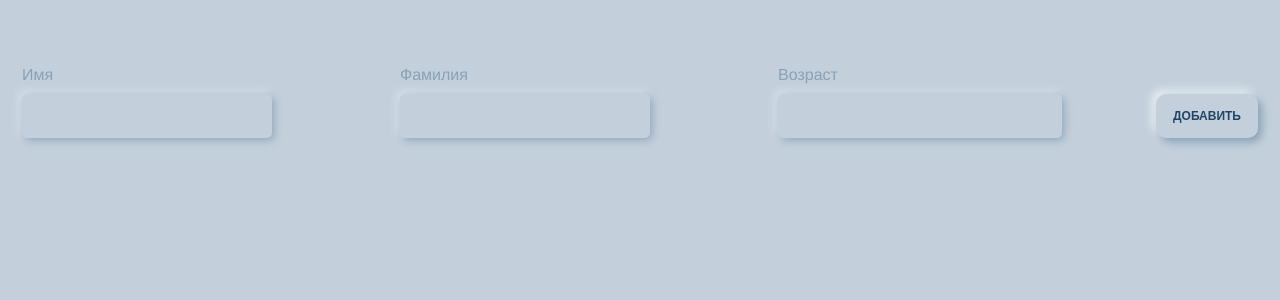
Repository: shum89/test-vue-table
Page: /
An editor plug-in stored every save of this project. The page is shown before and after the next save, followed by the edit.
The browser window is 1280 px wide. The pictures show the whole page.
The project was rebuilt for these pictures with package versions that can differ from the ones it lists, and the page was loaded fresh each time. Also part of the build but not shown: vue.config.js.

Above is the page before, as saved 2021-07-18 19:32:19.

### src/App.vue
<template>
  <Form />
  <Table @remove="removeData" :list="list" />
</template>
<script>
import { uuid } from 'vue-uuid';
import { ref } from 'vue';
import Form from './components/Form.vue';
import Table from './components/Table.vue';

export default {
  components: { Form, Table },
  setup() {
    const list = ref([]);

    const normalizeString = (str) => {
      const result = str.charAt(0).toUpperCase() + str.slice(1).toLowerCase();
      return result;
    };

    const addData = (person) => {
      console.log('1');
      list.value.push({
        firstName: normalizeString(person.firstName),
        lastName: normalizeString(person.lastName),
        age: person.age,
        id: uuid.v1(),
      });
    };

    const removeData = (id) => {
      list.value = list.value.filter((i) => i.id !== id);
    };

    return {
      list,
      addData,
      removeData,
    };
  },
};
</script>
<script></script>

<style>
body {
  --base: #090e10;
  --base1: #ebeff3;
  --base2: #c3d0db;
  --base3: #88a1b7;
  --baseDark1: #396387;
  --baseDark2: #204566;
  --baseDark3: #152e44;
  --base-shadow: inset 0px 0px 0px var(--base3), inset 0px 0px 0px var(--base1),
    4px 4px 9px var(--base3), -4px -4px 9px var(--base1);
  --base-shadow-active: inset 4px 4px 9px var(--base3), inset -4px -4px 6px var(--base1),
    2px 2px 9px var(--base3), -2px -2px 9px var(--base1);
  --input-shadow: 2px 2px 9px var(--base3), -2px -2px 9px var(--base1);
  --input-shadow-active: inset 2px 2px 6px var(--base3), inset -2px -2px 6px var(--base1),
    1px 1px 6px var(--base3), -1px -1px 6px var(--base1);
  --shadow-transition: all 0.25s cubic-bezier(0.17, 0.67, 0.83, 0.67);
  background: var(--base2);
}
fieldset {
  border: none;
}
input:-webkit-autofill,
input:-webkit-autofill:hover,
input:-webkit-autofill:focus,
input:-webkit-autofill:active {
  -webkit-box-shadow: inset 1px 1px 1px 1000px transparent !important;
  background: -webkit-linear-gradient(
    top,
    rgba(255, 255, 255, 0) 0%,
    rgba(0, 174, 255, 0.04) 50%,
    rgba(255, 255, 255, 0) 51%,
    rgba(0, 174, 255, 0.03) 100%
  );
  box-shadow: var(--input-shadow-active);
}
#app {
  font-family: Avenir, Helvetica, Arial, sans-serif;
  -webkit-font-smoothing: antialiased;
  -moz-osx-font-smoothing: grayscale;
  text-align: center;
  color: #2c3e50;
  margin-top: 60px;
  box-sizing: border-box;
}
.table__row-group {
  display: flex;
  align-items: center;
  flex-direction: column;
}
.table__row {
  display: grid;
  gap: 5px;
  grid-template-columns: repeat(3, 1fr);
  justify-content: center;
  max-width: 500px;
  width: 100%;
}
</style>

### src/components/Form.vue
<template>
  <form class="form" @submit="onSubmit">
    <fieldset class="form__fieldset">
      <label class="form__label" for="firstName">
        <span class="form__label-text">Имя</span>

        <input
          autocomplete="off"
          v-model="firstName"
          type="search"
          class="form__input"
          id="firstName"
        />
      </label>

      <label class="form__label" for="lastName">
        <span>Фамилия</span>
        <input
          type="search"
          autocomplete="off"
          class="form__input"
          v-model="lastName"
          id="lastName"
        />
      </label>

      <label class="form__label" for="age">
        <span>Возраст</span>
        <input
          autocomplete="off"
          class="form__input"
          v-model="age"
          type="number"
          id="age"
          min="0"
          step="1"
          @keypress="onKeyPress"
        />
      </label>

      <button class="form__submit" type="submit">Добавить</button>
    </fieldset>
  </form>
</template>

<script>
import { useForm, useField } from 'vee-validate';
// import * as yup from 'yup';

export default {
  setup() {
    // const schema = yup.object({
    //   firstName: yup.string().required('Поле Имя необходимо к заполнению'),
    //   lastName: yup.string().required('Поле Фамилия необходимо к заполнению'),
    //   age: yup.number().required('Поле Возраст необходимо к заполнению'),
    // });
    const { value: firstName } = useField('firstName');
    const { value: lastName } = useField('lastName');
    const { value: age } = useField('age');
    const { handleSubmit } = useForm();
    const onSubmit = handleSubmit((values) => {
      console.log(values);
      console.log('1');
    });

    function onKeyPress(e) {
      if (e.charCode >= 48 && e.charCode <= 57) {
        return;
      }
      e.preventDefault();
    }
    return { onSubmit, onKeyPress, firstName, lastName, age };
  },

  name: 'Form',
  inheritAttrs: false,
};
</script>

<style scoped>
.form {
  display: flex;
  width: 100%;
}
.form__label {
  display: flex;
  flex-direction: column;
  box-sizing: border-box;
  gap: 10px;
  color: var(--base3);
  flex: 1;
  max-width: 250px;
  text-align: left;
}
.form__label:focus-within {
  color: var(--baseDark2);
}
.form__input {
  border: none;
  appearance: none;
  color: var(--base3);
  width: 100%;
  border-radius: 10px;
  font-size: 15px;
  line-height: 20px;
  min-height: 20px;
  padding: 10px 15px;
  background: var(--base2);
  box-shadow: var(--input-shadow);
  border-radius: 5px;
  border: 2px solid;
  border-color: var(--base2);
  transition: var(--shadow-transition);
}
.form__input:focus-within {
  transition: var(--shadow-transition);
  box-shadow: var(--input-shadow-active);
  border-color: var(--baseDark3);
  outline: 0;
}
.form__fieldset {
  display: flex;
  justify-content: space-between;
  align-items: flex-end;
  flex: 1;
}
.form__submit {
  border-radius: 10px;
  padding: 10px 15px;
  max-width: 250px;
  font-size: 12px;
  line-height: 20px;
  font-weight: 900;
  text-transform: uppercase;
  transition: var(--shadow-transition);
  width: fit-content;
  color: var(--baseDark2);
  background: var(--base2);
  border: 2px solid var(--base2);
  box-shadow: var(--base-shadow);
}
.form__submit:active {
  outline: none;
  box-shadow: var(--base-shadow-active);
  color: var(--baseDark2);
  border-color: var(--base3);
}
.form__submit:focus {
  outline: none;
  border-color: var(--base3);
}
</style>

### src/components/Table.vue
<template>
  <div v-if="list.length > 0" class="table" role="grid" aria-colcount="3">
    <div class="table__row-group" role="rowgroup">
      <div class="table__row" role="row">
        <span role="columnheader" aria-colindex="1">First Name</span>
        <span role="columnheader" aria-colindex="2">Last Name</span>
        <span role="columnheader" aria-colindex="3">Age</span>
      </div>
    </div>
    <div class="table__row-group" role="rowgroup">
      <div class="table__row" v-for="listItems in list" :key="listItems.id" role="row">
        <div aria-colindex="1" role="gridcell">
          <span> {{ listItems.firstName }}</span>
        </div>
        <div aria-colindex="2" role="gridcell">
          <span> {{ listItems.lastName }}</span>
        </div>
        <div aria-colindex="3" role="gridcell">
          <span>{{ listItems.age }}</span>
        </div>
        <button @click="removeData(listItems.id)">X</button>
      </div>
    </div>
  </div>
</template>

<script>
export default {
  props: {
    list: Array,
  },
  setup(_, { emit }) {
    const removeData = (id) => {
      emit('remove', id);
    };
    return { removeData };
  },
  name: 'Table',
};
</script>

<style></style>

Loaded but not shown: public/index.html (common file); src/main.js (common file)

After the next save:
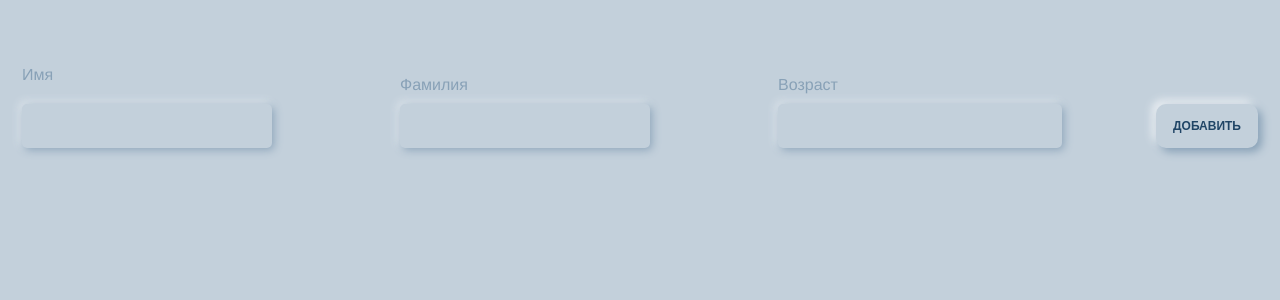
Saved 94 s later.
--- a/src/components/Form.vue
+++ b/src/components/Form.vue
@@ -3,7 +3,7 @@
     <fieldset class="form__fieldset">
       <label class="form__label" for="firstName">
         <span class="form__label-text">Имя</span>
-
+        <span class="form__label-text">{{ errorMessage }}</span>
         <input
           autocomplete="off"
           v-model="firstName"
@@ -54,7 +54,7 @@ export default {
     //   lastName: yup.string().required('Поле Фамилия необходимо к заполнению'),
     //   age: yup.number().required('Поле Возраст необходимо к заполнению'),
     // });
-    const { value: firstName } = useField('firstName');
+    const { value: firstName, errorMessage } = useField('firstName');
     const { value: lastName } = useField('lastName');
     const { value: age } = useField('age');
     const { handleSubmit } = useForm();
@@ -69,7 +69,7 @@ export default {
       }
       e.preventDefault();
     }
-    return { onSubmit, onKeyPress, firstName, lastName, age };
+    return { onSubmit, onKeyPress, firstName, lastName, age, errorMessage };
   },
 
   name: 'Form',
